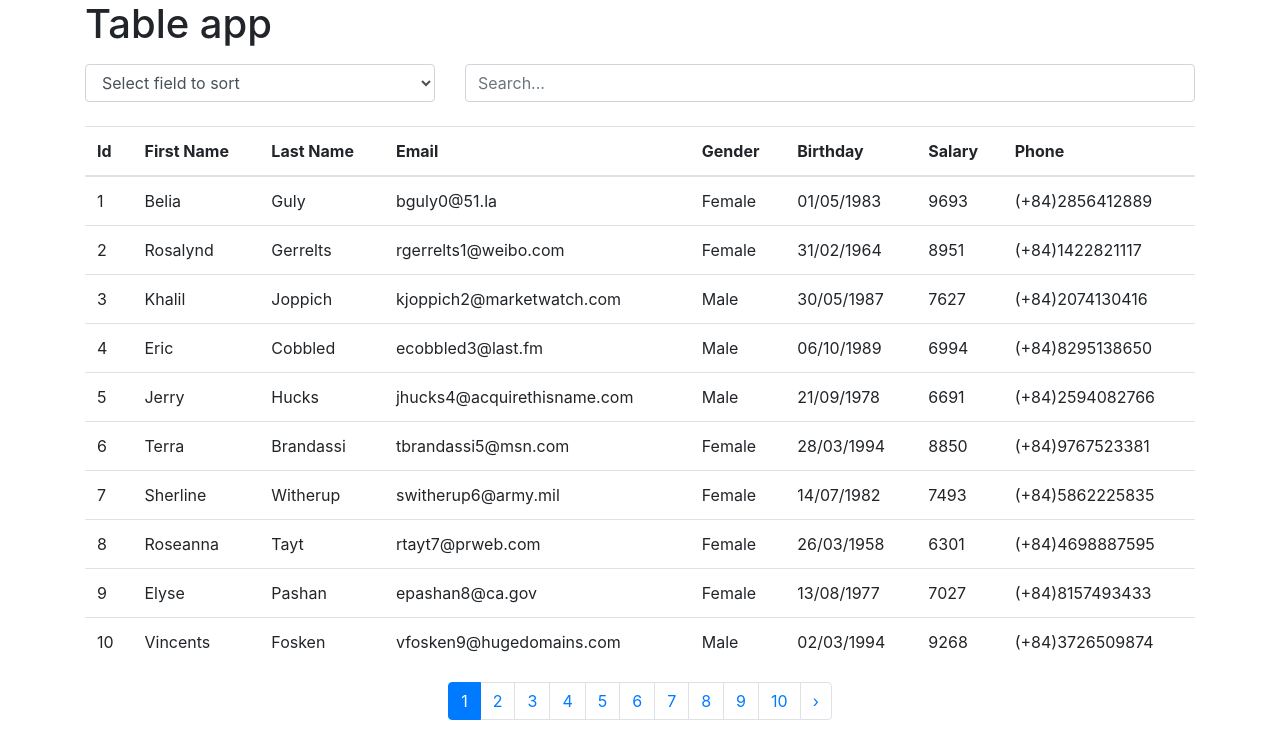
Repository: nguy3nds/table-app
Page: /
An editor plug-in stored every save of this project. The page is shown before and after the next save, followed by the edit.
The browser window is 1280 px wide. The pictures show the whole page.
The project was rebuilt for these pictures with package versions that can differ from the ones it lists, and the page was loaded fresh each time.

Above is the page before, as saved 2021-09-21 14:58:04.

After the next save:
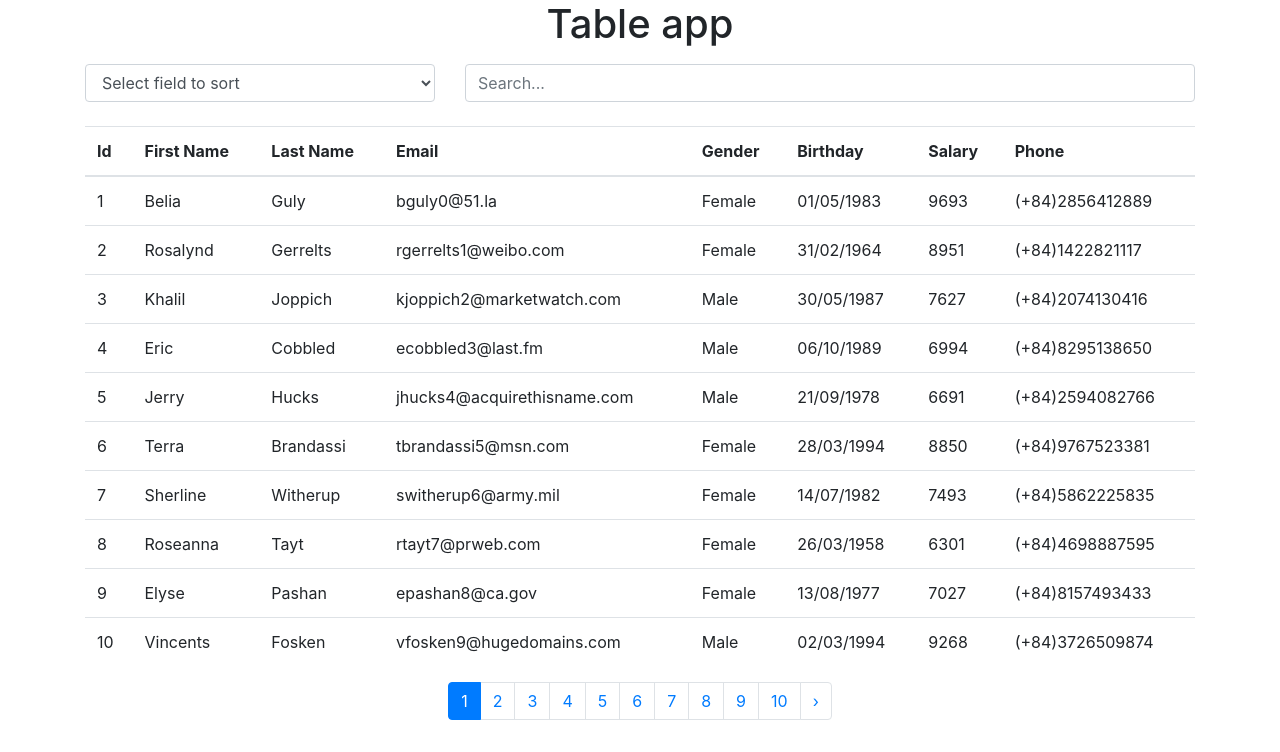
Saved 30 s later.
--- a/src/App.tsx
+++ b/src/App.tsx
@@ -74,7 +74,7 @@ const App: React.FC = () => {
   return (
     <div className="App">
       <Container>
-        <h1>Table app</h1>
+        <h1 className="text-center">Table app</h1>
         <Table>
           <Row className="my-2">
             <Col md="4">
